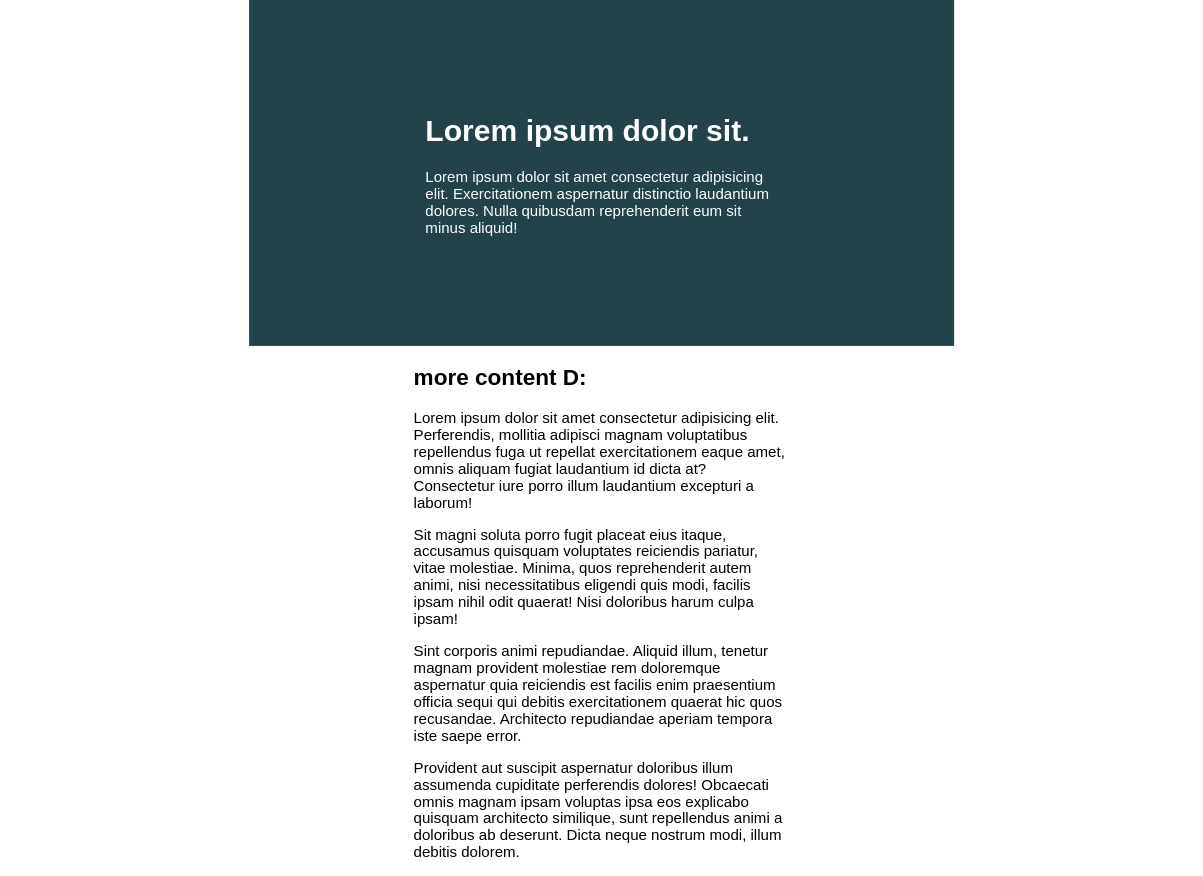
Repository: ufanodev/responsive-3
Page: index.html
An editor plug-in stored every save of this project. The page is shown before and after the next save, followed by the edit.
The browser window is 1280 px wide. The pictures show the whole page, at 94% of full size.

Above is the page before, as saved 2022-12-10 19:46:41.

After the next save:
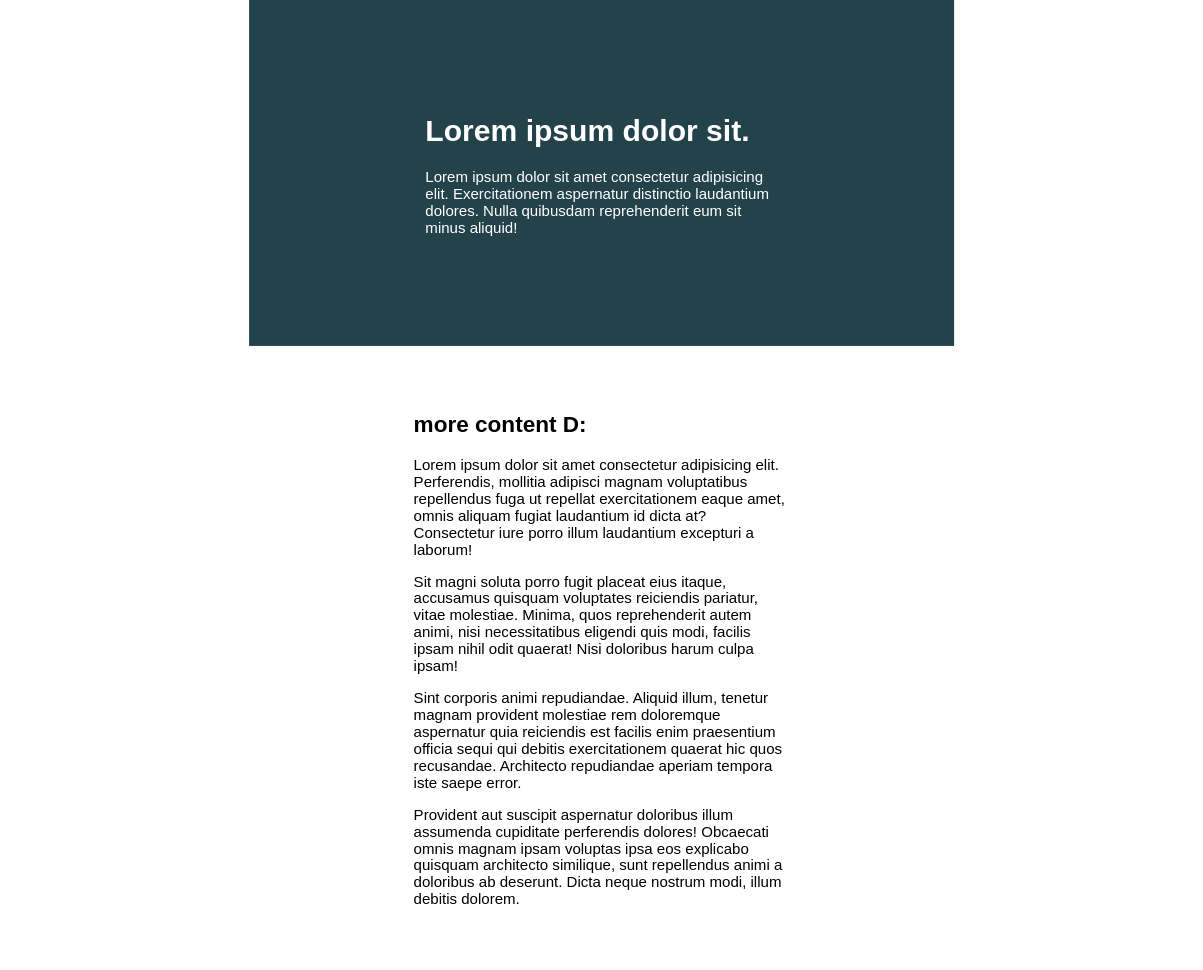
Saved 5 s later.
--- a/style.css
+++ b/style.css
@@ -43,5 +43,5 @@ body {
   width: 50%;
   max-width: 400px;
   margin: 0 auto;
-  padding: 50px 200;
+  padding: 50px 0;
 }
